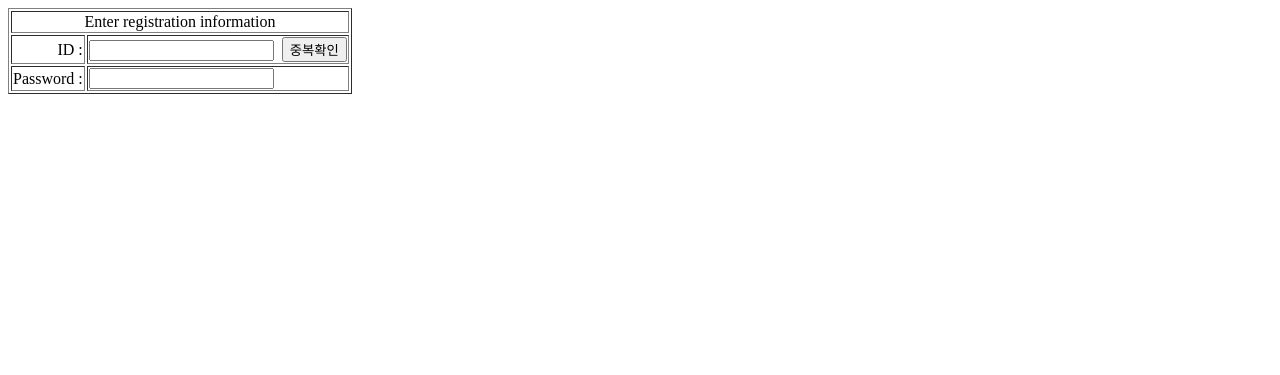
Repository: tomaters/servlets-JSP
Page: http://localhost/jsptest/mvcMem/regForm.jsp
These files come from the project's save history. The page is drawn as it stood at one moment and after the next save; the edit follows.
The browser window is 1280 px wide. The pictures show the whole page.
The page is served by Tomcat 10.

Above is the page before, as saved 2023-12-11 02:44:04.

After the next save:
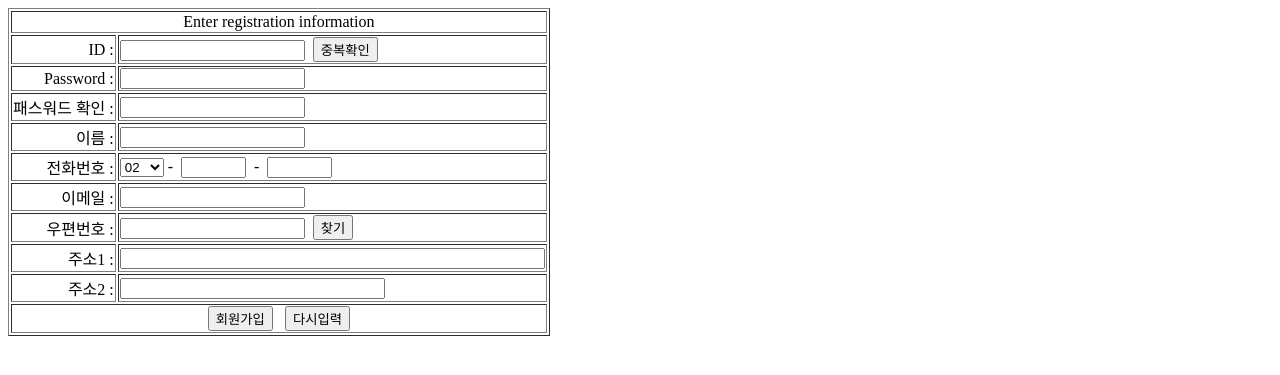
Saved 23 s later.
--- a/jsptest/src/main/webapp/mvcMem/regForm.jsp
+++ b/jsptest/src/main/webapp/mvcMem/regForm.jsp
@@ -21,5 +21,44 @@
 			<tr>
 				<td align="right">Password :</td>
 				<td><input type="password" name="pass" /></td>
+			</tr>
+			<tr>
+				<td align="right">패스워드 확인 :</td>
+				<td><input type="password" name="repass" /></td>
+			</tr>
+			<tr>
+				<td align="right">이름 :</td>
+				<td><input type="text" name="name" /></td>
+			</tr>
+			<tr>
+				<td align="right">전화번호 :</td>
+				<td><select name="phone1">
+						<option value="02">02</option>
+						<option value="011">011</option>
+				</select>&nbsp;-&nbsp; <input type="text" name="phone2" size="5" />
+					&nbsp;-&nbsp; <input type="text" name="phone3" size="5" /></td>
+			</tr>
+			<tr>
+				<td align="right">이메일 :</td>
+				<td><input type="text" name="email" /></td>
+			</tr>
+			<tr>
+				<td align="right">우편번호 :</td>
+				<td><input type="text" name="zipcode" size="20" />&nbsp; <input
+					type="button" value="찾기" onClick="zipCheck()" /></td>
+			</tr>
+			<tr>
+				<td align="right">주소1 :</td>
+				<td><input type="text" name="address1" size="50" /></td>
+			</tr>
+			<tr>
+				<td align="right">주소2 :</td>
+				<td><input type="text" name="address2" size="30" /></td>
+			</tr>
+			<tr>
+				<td colspan="2" align="center"><input type="button"
+					value="회원가입" onClick="inputCheck()" />&nbsp;&nbsp; <input
+					type="reset" value="다시입력" /></td>
+			</tr>
 </body>
 </html>
